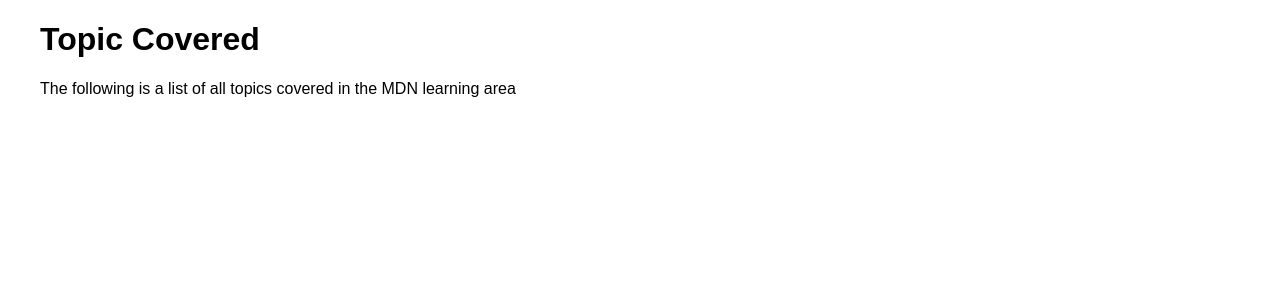
Repository: sriram1224/ReactProjects.github.io
Page: Assignments/Assignment2/index.html
An editor plug-in stored every save of this project. The page is shown before and after the next save, followed by the edit.
The browser window is 1280 px wide. The pictures show the whole page.

Above is the page before, as saved 2024-03-01 10:41:21.

After the next save:
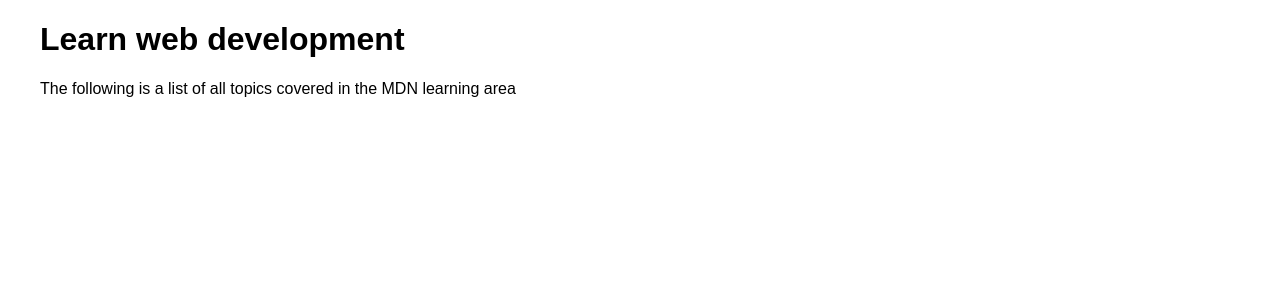
Saved 72 s later.
--- a/Assignments/Assignment2/index.html
+++ b/Assignments/Assignment2/index.html
@@ -32,7 +32,7 @@
       React.createElement(
         'h1',
         {id: 'title'},
-        'Topic Covered'
+        'Learn web development'
       ),
       React.createElement(
       'p',
